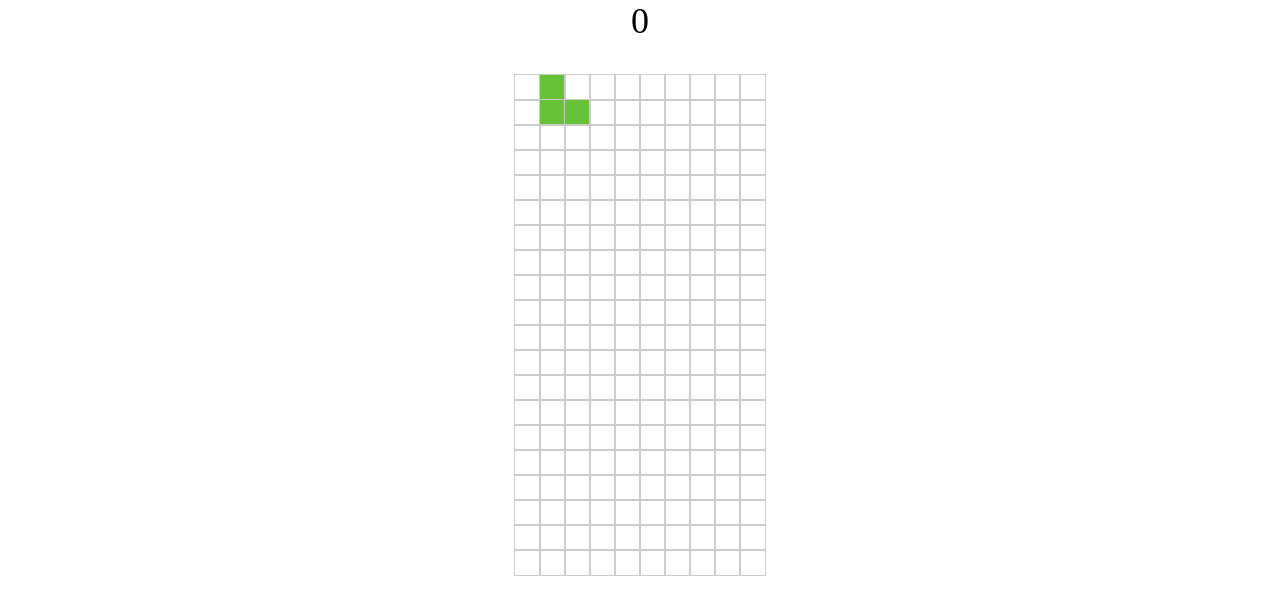
Repository: chlwpdnswku/tetris
Page: index.html
These files come from the project's save history. The page is drawn as it stood at one moment and after the next save; the edit follows.
The browser window is 1280 px wide. The pictures show the whole page.

Above is the page before, as saved 2022-12-12 02:25:32.

After the next save:
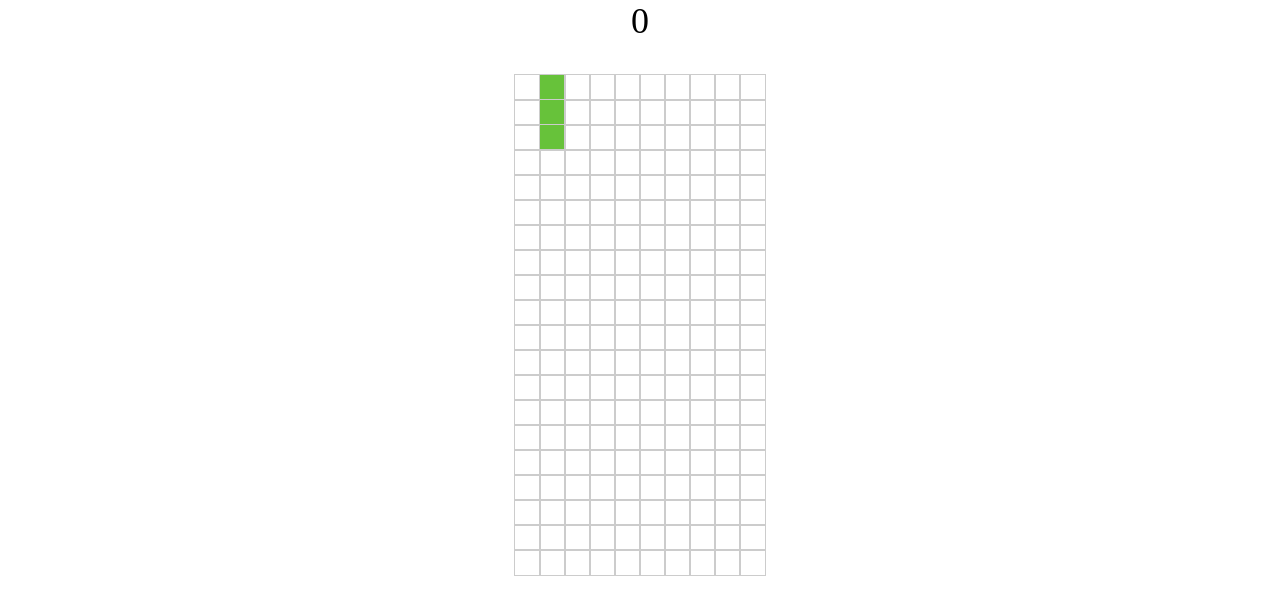
Saved 7 s later.
--- a/script.js
+++ b/script.js
@@ -23,7 +23,7 @@ const BLOCKS = {
       [1, 1],
     ],
     [
-      [2, 1],
+      [1, 2],
       [1, 1],
       [1, 0],
       [1, 1],
